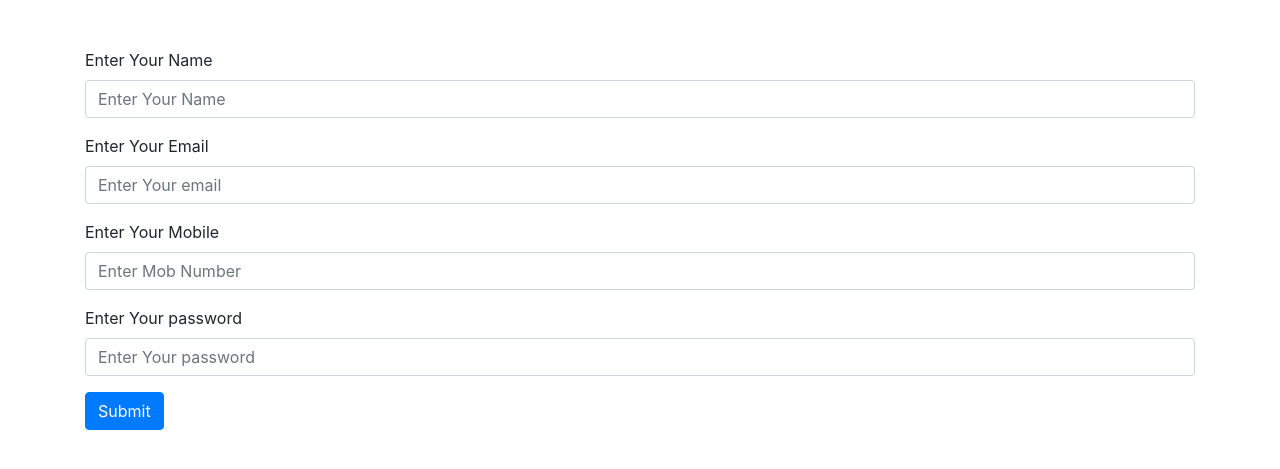
Repository: AMIT1439027/crud-app
Page: http://localhost/user.php
These files come from the project's save history. The page is drawn as it stood at one moment and after the next save; the edit follows.
The browser window is 1280 px wide. The pictures show the whole page.
The page is run by PHP 8.4 with error messages shown; the project is at /var/www/html/.

Above is the page before, as saved 2024-04-25 10:19:07.

### user.php
<?php
 include('connect.php');
if(isset($_POST['submit'])) {

    $name = $_POST["name "];
    $email = $_POST["email"];
    $mobile = $_POST[ 'mobile'];
    $password = $_POST['password'];

    $sql = "insert `crud (name,email, mobile,password) values('$name','$email', '$mobile','$password')";

    $result = mysqli_query($con,  $sql);

    if($result){

    }

}

?>


<!doctype html>
<html lang="en">
  <head>
    <!-- Required meta tags -->
    <meta charset="utf-8">
    <meta name="viewport" content="width=device-width, initial-scale=1, shrink-to-fit=no">

    <!-- Bootstrap CSS -->
    <link rel="stylesheet" href="https://cdn.jsdelivr.net/npm/bootstrap@4.0.0/dist/css/bootstrap.min.css" integrity="sha384-Gn5384xqQ1aoWXA+058RXPxPg6fy4IWvTNh0E263XmFcJlSAwiGgFAW/dAiS6JXm" crossorigin="anonymous">

    <title>Crud Operation</title>
  </head>
  <body>
  <div class="container my-5">

  <form method ="post">
  <div class="form-group">
    <label >Enter Your Name</label>
    <input type="text" name ="name"  class="form-control" placeholder="Enter Your Name " autocomplete="off">

  </div>

  <div class="form-group">
    <label >Enter Your Email</label>
    <input type="email" name ="email"  class="form-control" placeholder="Enter Your email ">

  </div>
  <div class="form-group">
    <label >Enter Your Mobile</label>
    <input type="text" name ="mobile"  class="form-control" placeholder="Enter Mob Number  ">

  </div>
  <div class="form-group">
    <label >Enter Your password</label>
    <input type="password" name ="password"  class="form-control" placeholder="Enter Your password">

  </div>
  <button type="submit" name ='submit' class="btn btn-primary">Submit</button>
</form>
  </div>

  </body>
</html>

### connect.php
<?php
  $con = new mysqli('localhost', 'root', 'mysql143', 'crudoperation');

  if(!$con){
    // echo " Connection successful";
    die(mysqli_error($con));
  }
//   }else{
//     die(mysqli_error($con));
//   }

?>

After the next save:
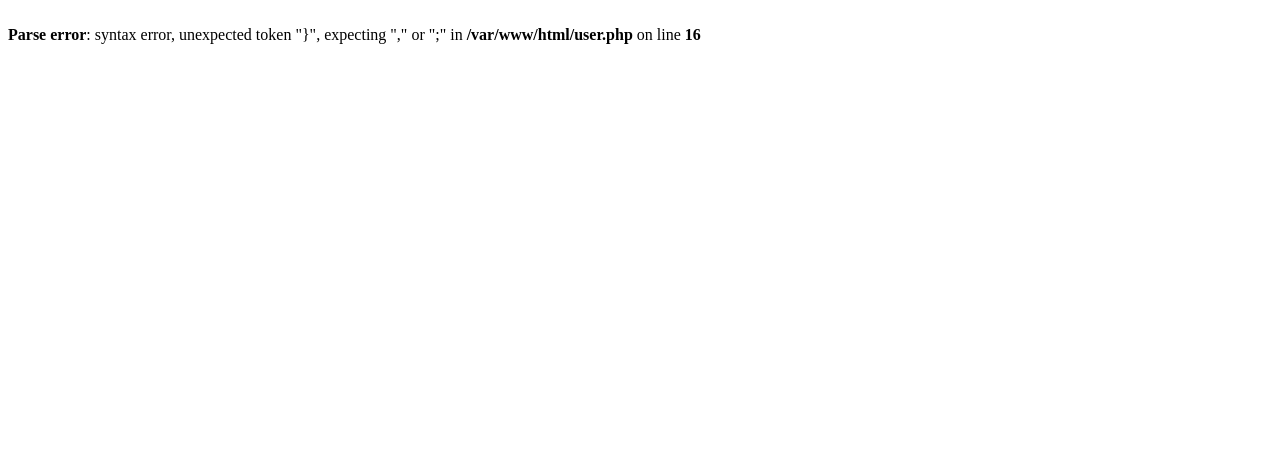
Saved 5 s later.
--- a/user.php
+++ b/user.php
@@ -12,7 +12,7 @@
     $result = mysqli_query($con,  $sql);
 
     if($result){
-
+        echo ""
     }
 
 }

After the 3 saves that followed:
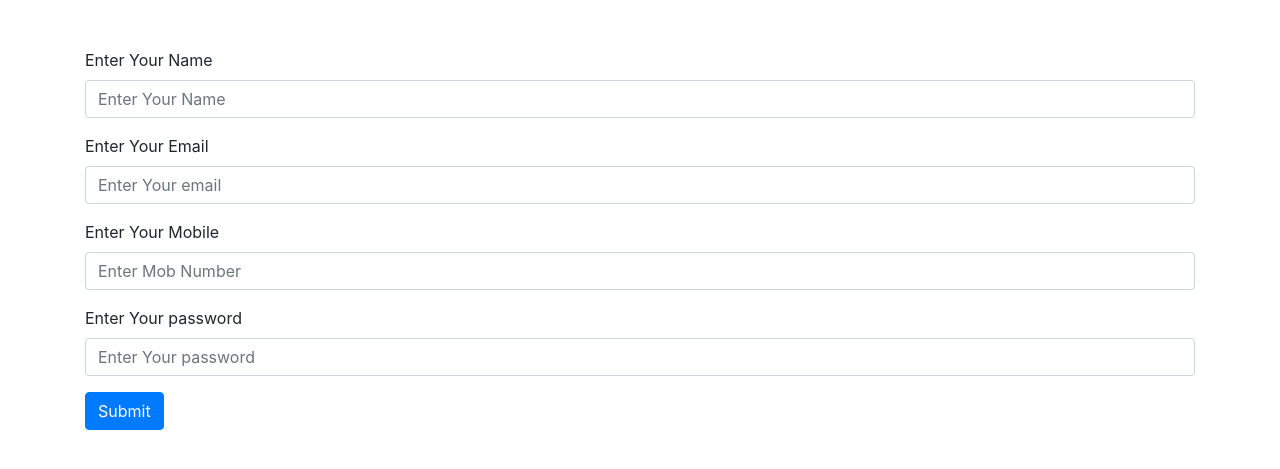
The 3 saves are shown as one change because they came seconds apart.
The last was saved 11 s later.
--- a/user.php
+++ b/user.php
@@ -12,7 +12,7 @@
     $result = mysqli_query($con,  $sql);
 
     if($result){
-        echo ""
+        echo "Date inserted ";
     }
 
 }
